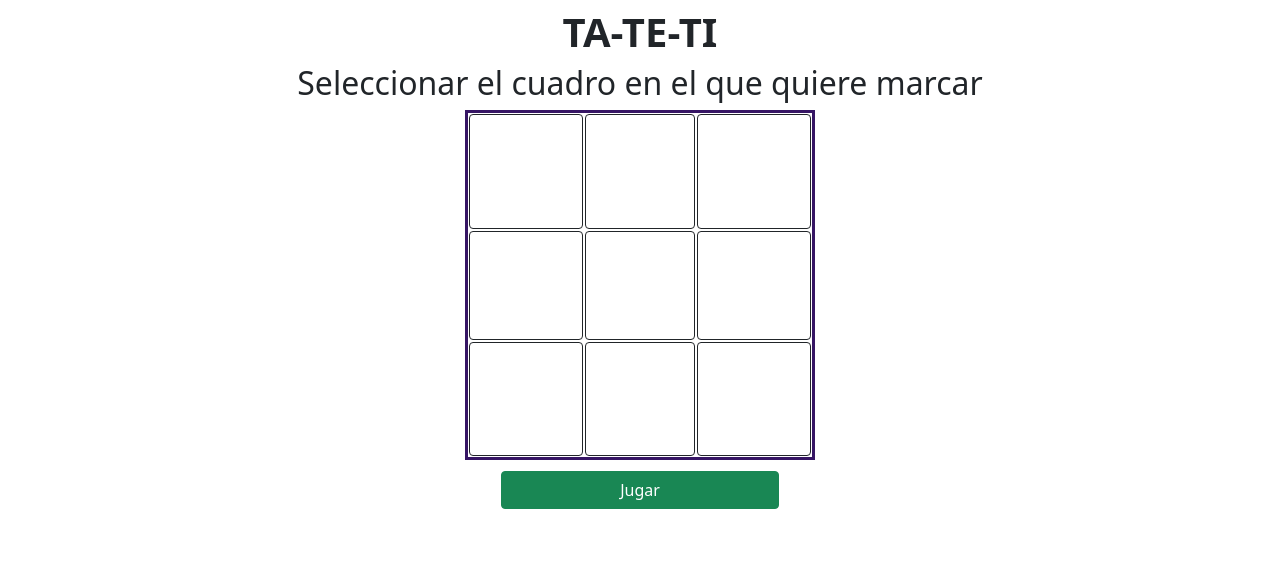
Repository: Lean97-start/TATETI
Page: Tateti.html
The author's editor kept a copy of each file at every save. The page is drawn from the files as they stood at one save, then again after the next save.
The browser window is 1280 px wide. The pictures show the whole page.

Above is the page before, as saved 2021-07-11 23:28:19.
Console error: SyntaxError: Unexpected token ')'

After the next save:
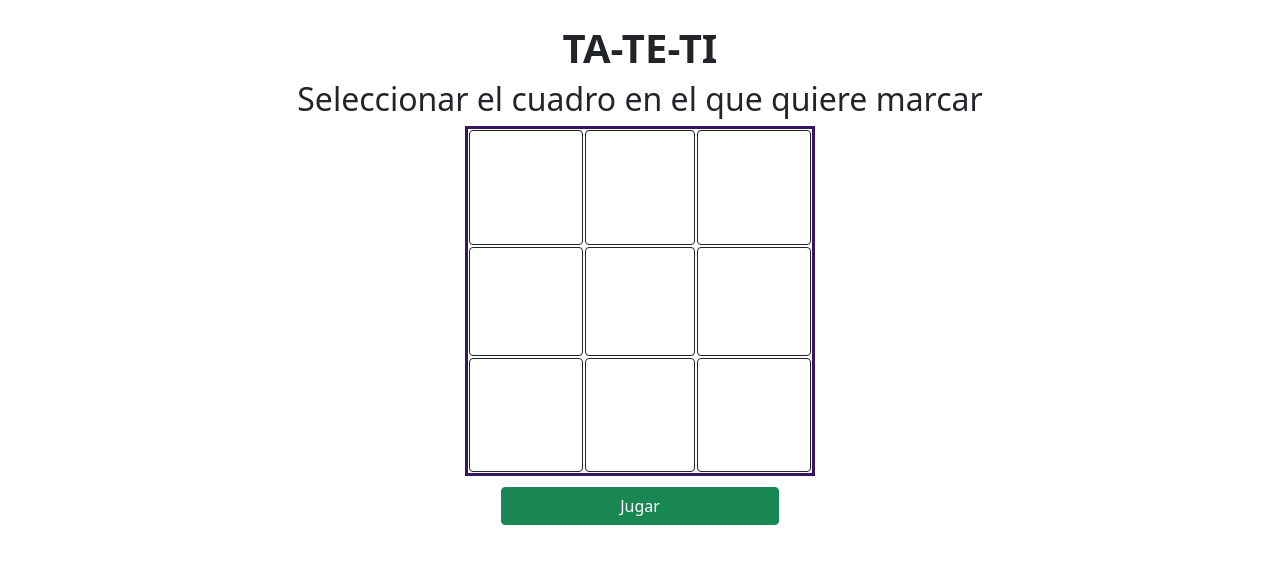
Saved 6 s later.
--- a/Tateti.html
+++ b/Tateti.html
@@ -9,7 +9,7 @@
     <link href="https://cdn.jsdelivr.net/npm/bootstrap@5.0.2/dist/css/bootstrap.min.css" rel="stylesheet" integrity="sha384-EVSTQN3/azprG1Anm3QDgpJLIm9Nao0Yz1ztcQTwFspd3yD65VohhpuuCOmLASjC" crossorigin="anonymous">
 </head>
 <body>
-    <div class="container mt-2">
+    <div class="container mt-4">
         <H1 class="fw-bold text-center">TA-TE-TI</H1>
         <H2 class="fw-normal text-center">Seleccionar el cuadro en el que quiere marcar</H2>
 
